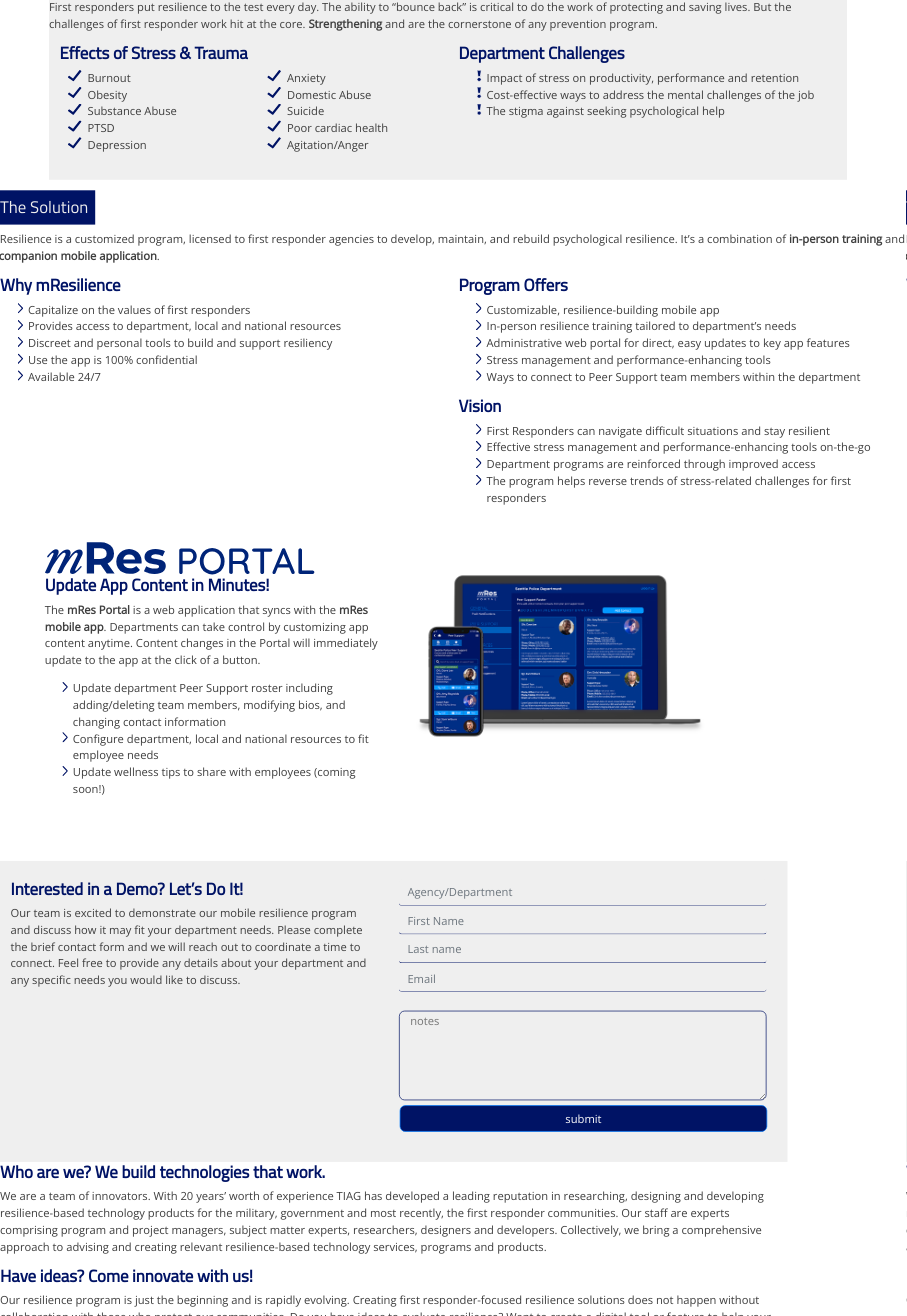
Repository: shenjune/mResilienceWebsite
Page: index.html
The author's editor kept a copy of each file at every save. The page is drawn from the files as they stood at one save, then again after the next save.
The browser window is 1280 px wide. The page is 1295 px wide, so the pictures cover 1295 px, including what lies to the right of the window. The pictures show the part of the page from y = 977 to 2857 px (the page is 3070 px tall before and 3128 px after), at 70% of full size.
Some web libraries are served in a nearby version.

Above is the page before, as saved 2019-11-11 08:58:07.

After the next save:
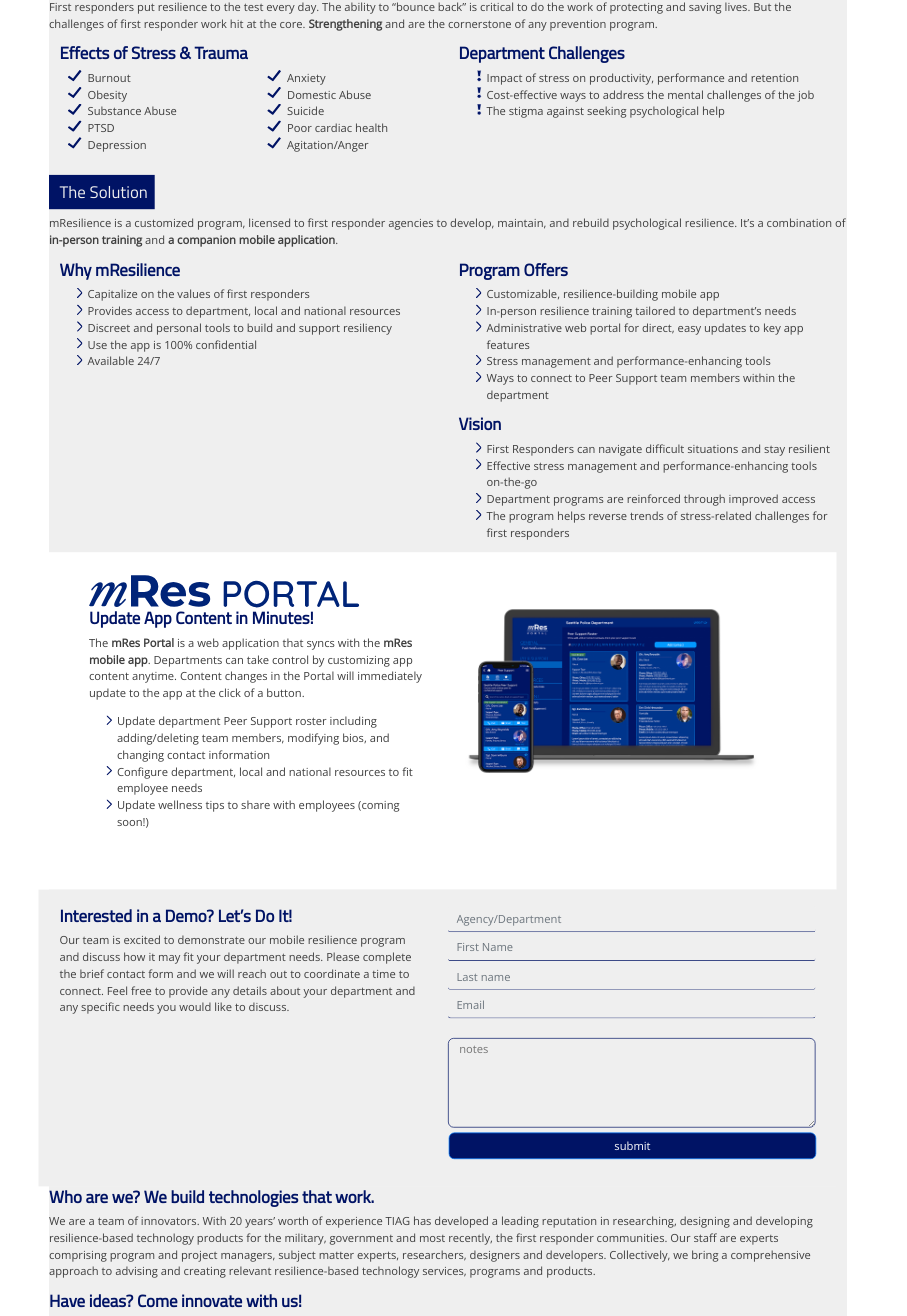
Saved 12 s later.
--- a/index.html
+++ b/index.html
@@ -151,7 +151,7 @@
 						</div>
 					</div>
 				</div>
-			</main>
+
 
 			<!--03B: The Solution Section-->
 			<div id="solutionSection">
@@ -272,7 +272,7 @@
 			<p id="haveIdeasP">Our resilience program is just the beginning and is rapidly evolving. Creating first responder-focused resilience solutions does not happen without collaboration with those who protect our communities. Do you have ideas to evaluate resilience? Want to create a digital tool or feature to help your department or agency thrive? We want to work with you.</p>
 			<br>
 		</div>
-	</div>
+	</main>
 
 	<!-- FOOTER FOR THE WEBSITE -->
 	<footer class="footer row" id="footer-row">
